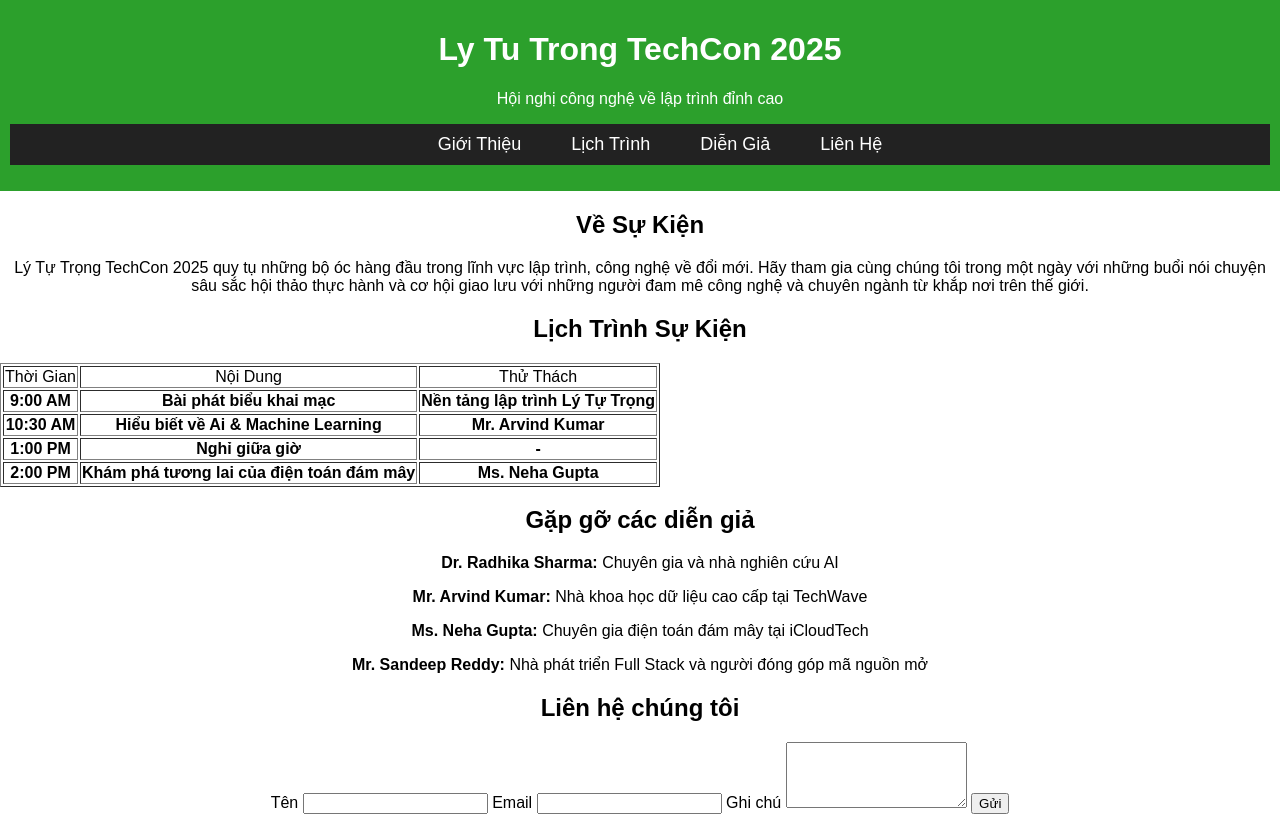
Repository: NhatMinh121/BaiTapVeNha1
Page: index.html
The author's editor kept a copy of each file at every save. The page is drawn from the files as they stood at one save, then again after the next save.
The browser window is 1280 px wide. The pictures show the whole page.

Above is the page before, as saved 2025-03-28 22:52:45.

After the next save:
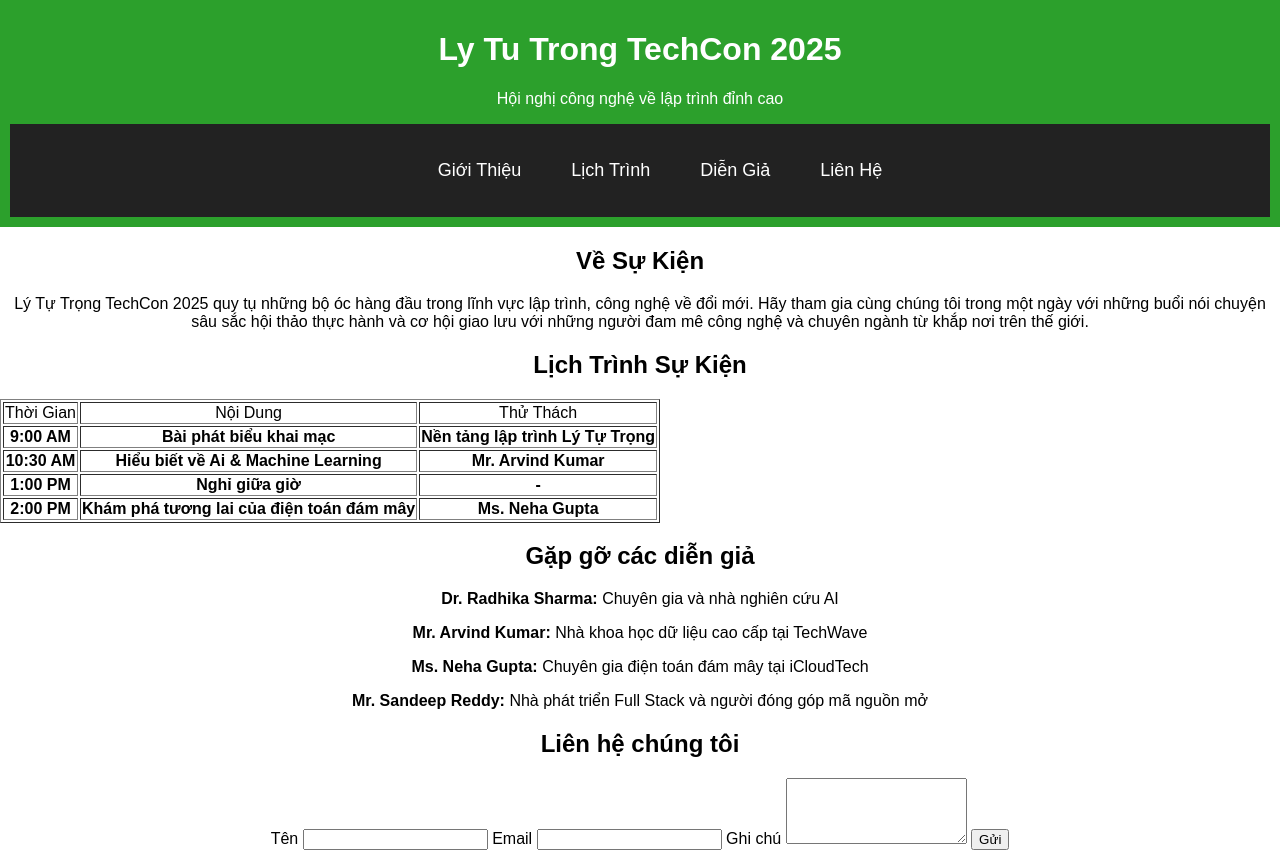
Saved 68 s later.
--- a/style.css
+++ b/style.css
@@ -15,7 +15,7 @@
 
 .menu {
     background-color: #222;
-    padding: 1px0px;
+    padding: 10px 0;
 }
 
 .menu ul {
